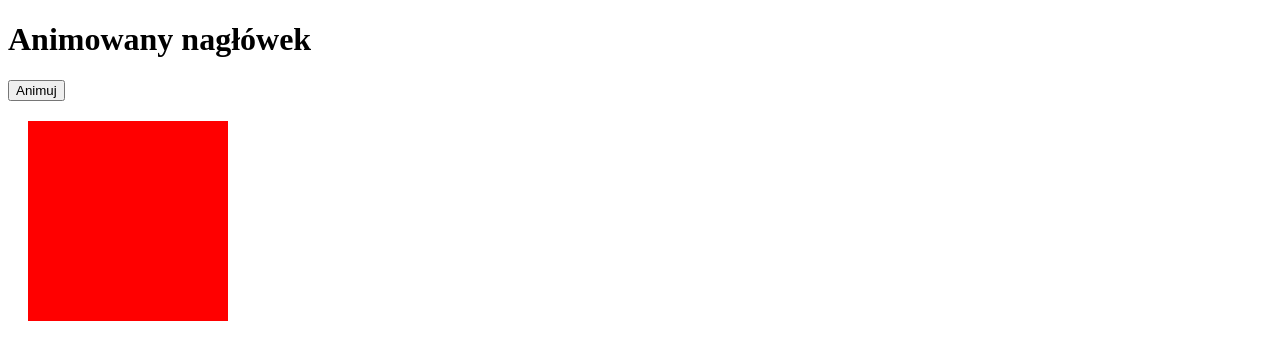
Repository: magdaf41/jQuery
Page: zadanie 3/index.html
These files come from the project's save history. The page is drawn as it stood at one moment and after the next save; the edit follows.
The browser window is 1280 px wide. The pictures show the whole page.

Above is the page before, as saved 2020-09-09 22:17:14.

After the next save:
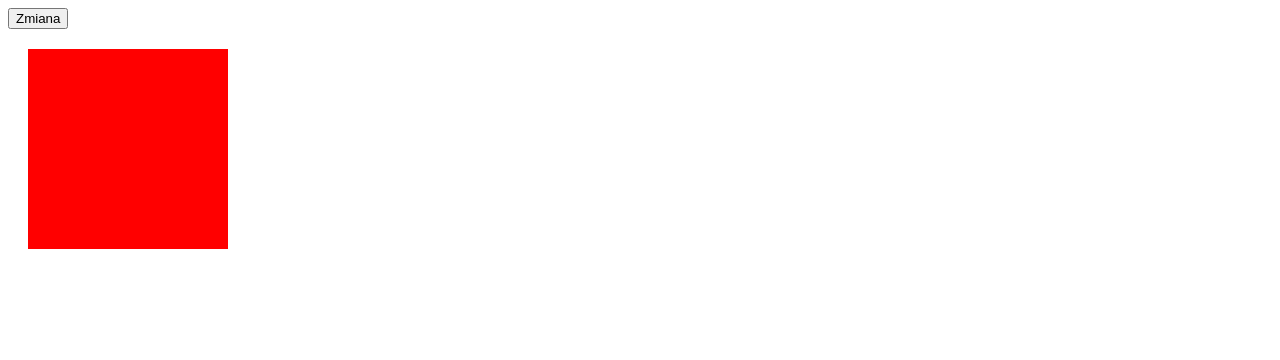
Saved 2 min 8 s later.
--- a/zadanie 3/index.html
+++ b/zadanie 3/index.html
@@ -7,10 +7,9 @@
     <link rel="stylesheet" href="css/style.css">
 </head>
 <body>
-    <h1>Animowany nagłówek</h1>
 
-    <button>Animuj</button>
-    <div></div>
+    <button id="button">Zmiana</button>
+    <div id="square"></div>
 
     <script src="js/jquery-3.5.1.min.js"></script>
     <script src="js/main.js"></script>
